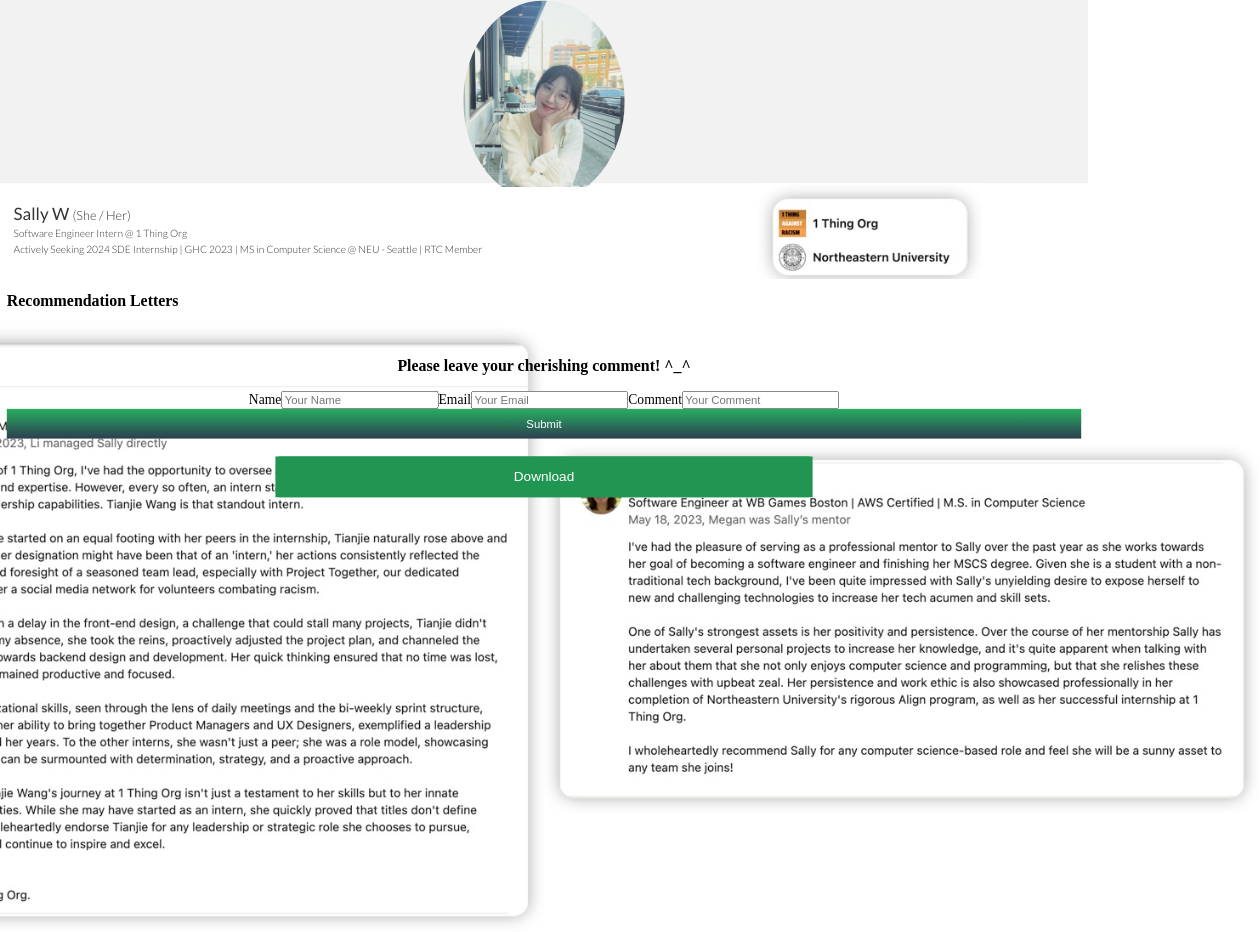
Repository: tianjiewang2022/digital-namecard
Page: recommendation_page.html
The author's editor kept a copy of each file at every save. The page is drawn from the files as they stood at one save, then again after the next save.
The browser window is 1280 px wide. The page is 1482 px wide, so the pictures cover 1482 px, including what lies to the right of the window. The pictures show the whole page, at 85% of full size.
Some web fonts or font styles are not loaded; a fallback is used.

Above is the page before, as saved 2023-10-16 00:42:48.

After the next save:
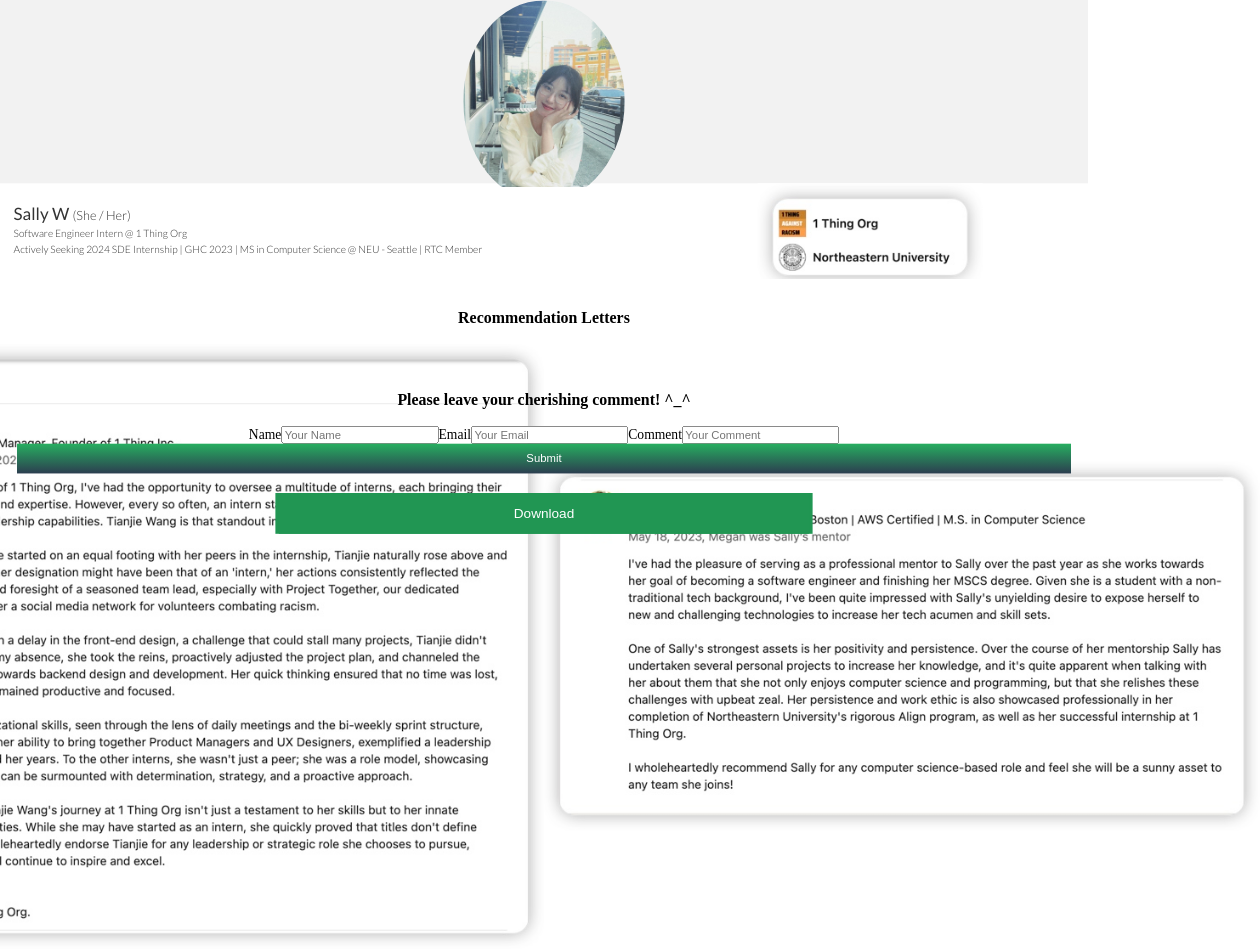
Saved 58 s later.
--- a/main.css
+++ b/main.css
@@ -132,6 +132,10 @@
 
 .secondary-info {
 	height: 8%;
+	padding: 20px;
+	/* Add padding to create space around the content */
+	text-align: center;
+	/* Center the content horizontally */
 }
 
 .bg-color-grey {
